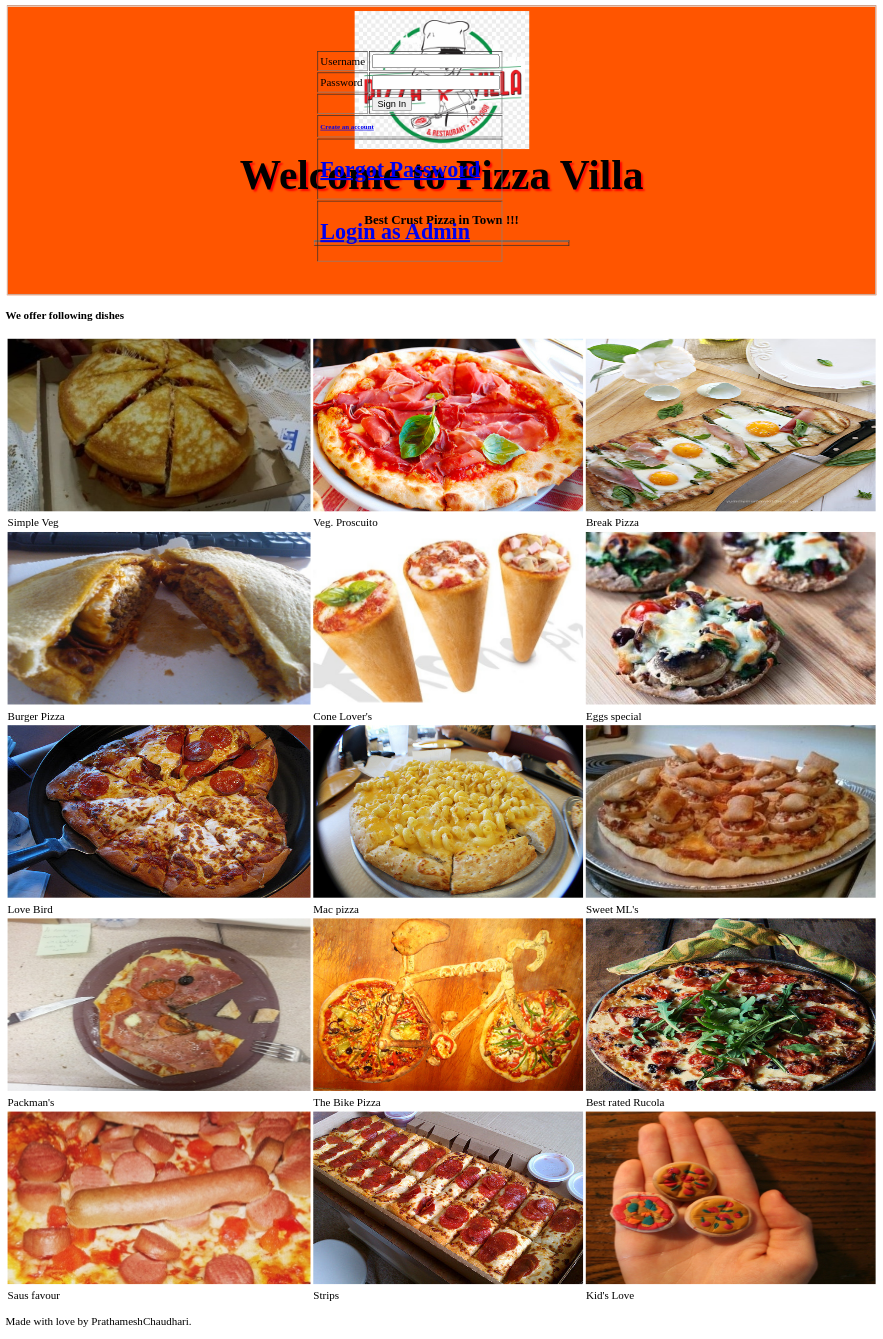
Repository: prathameshhhh12/PizzaShop
Page: http://localhost/Pizzashop/
An editor plug-in stored every save of this project. The page is shown before and after the next save, followed by the edit.
The browser window is 1280 px wide. The pictures show the whole page, at 69% of full size.
The page is served by Tomcat 9.

Above is the page before, as saved 2023-02-15 17:36:19.

After the next save:
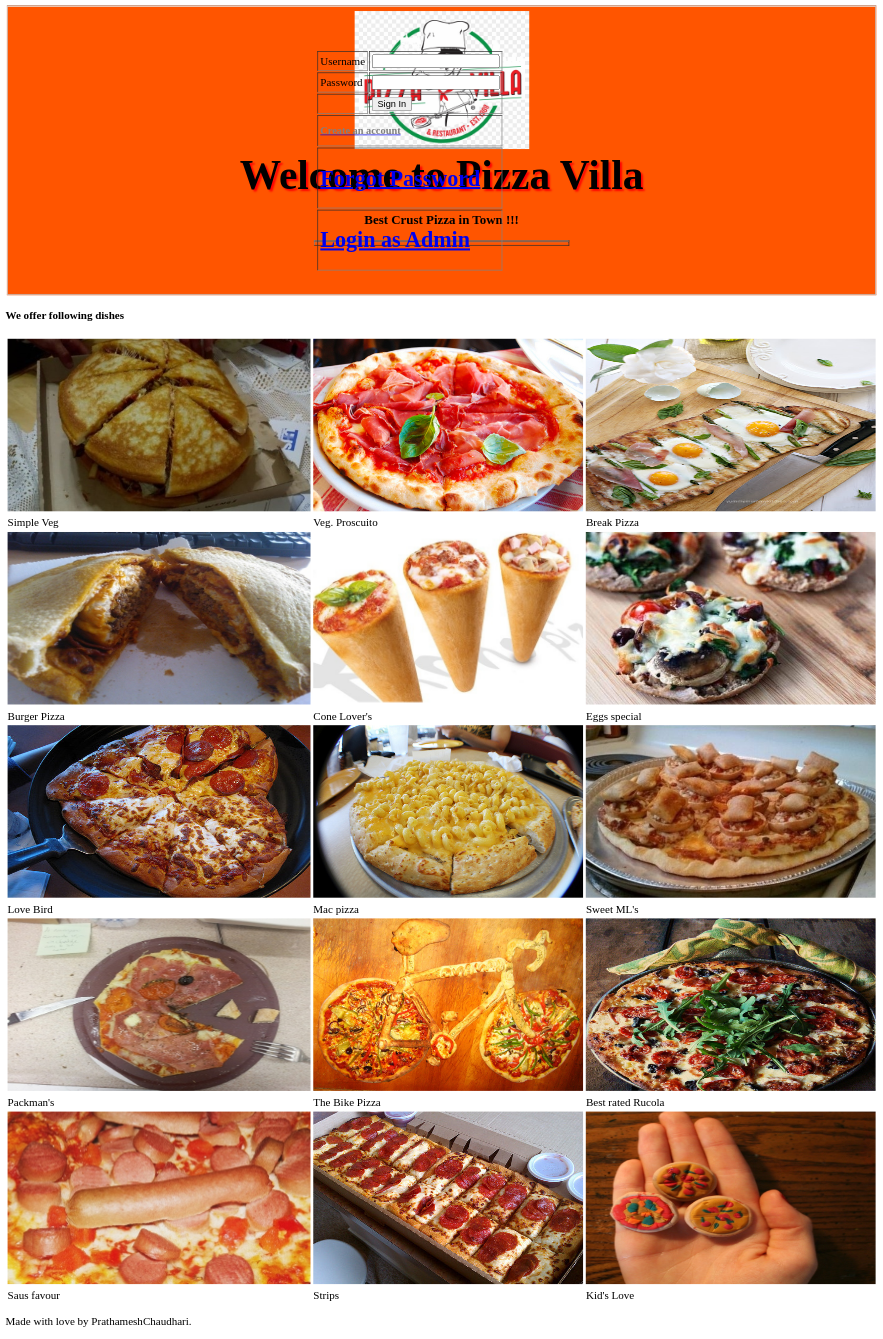
Saved 90 s later.
--- a/Pizzashop/WebContent/index.jsp
+++ b/Pizzashop/WebContent/index.jsp
@@ -61,7 +61,7 @@
 
 
                                 <tr>
-                                    <td colspan="2"><a href="register.jsp"><h1 style="font-size:10px">Create an account</h1></a></td>
+                                    <td colspan="2"><a href="register.jsp"><h1 style="font-size:15px;color:grey">Create an account</h1></a></td>
                                 </tr>
                                 <tr>
                                     <td colspan="2"><a href="forget.jsp"><h1>Forgot Password</h1></a></td>
